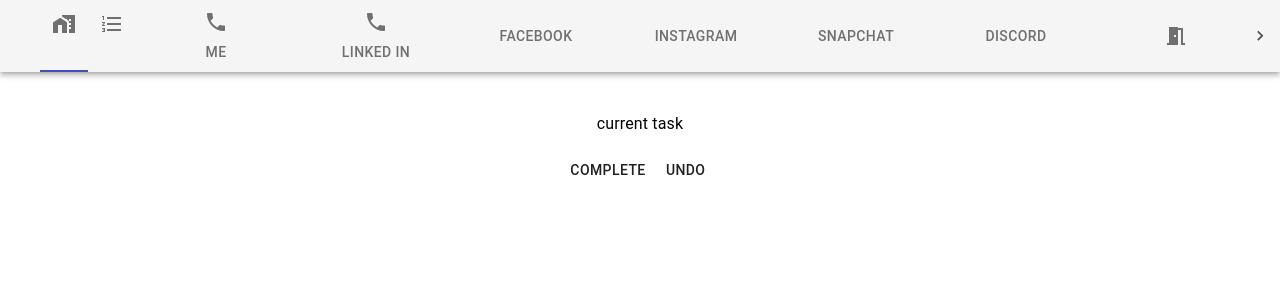
Repository: hossamsulleman1/CONTACTME
Page: / (app in my-app/)
These files come from the project's save history. The page is drawn as it stood at one moment and after the next save; the edit follows.
The browser window is 1280 px wide. The pictures show the whole page.
The project was rebuilt for these pictures with package versions that can differ from the ones it lists, and the page was loaded fresh each time. Also part of the build but not shown: my-app/src/Components/PageProp.jsx, my-app/src/Components/ProfileFolder/FriendsAvatarList.jsx, my-app/src/Components/ProfileFolder/Content.jsx.

Above is the page before, as saved 2020-11-08 11:26:32.

After the next save:
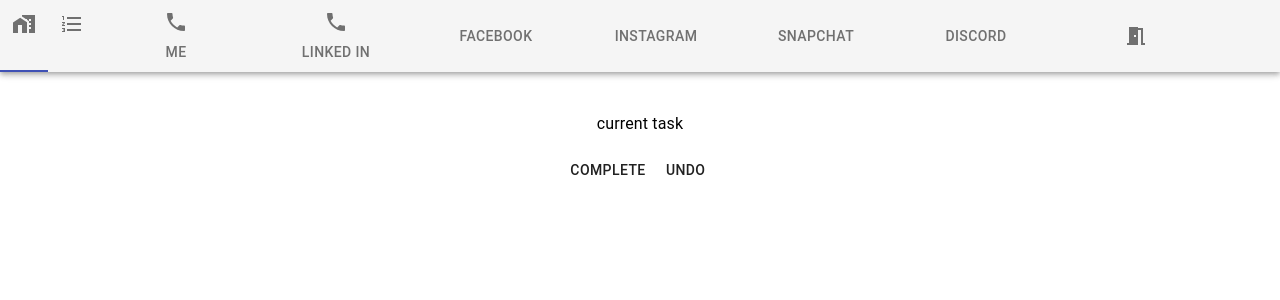
Saved 26 s later.
--- a/my-app/src/Components/IconNav.jsx
+++ b/my-app/src/Components/IconNav.jsx
@@ -114,35 +114,6 @@
           <Tab label="Discord" {...a11yProps(5)} />
           <Tab icon={<MeetingRoomIcon />} {...a11yProps(6)} />
 
-          <div className="flexbox">
-            <div className="floatRight">
-              <IconButton
-                aria-label="delete"
-                href="https://semptiareact.web.app/"
-              >
-                <AssignmentReturnIcon/>
-                {/* GOES TO SEMPTIA TASK TRACKING PAGE  */}
-              </IconButton>
-            </div>
-            <div className="floatRight">
-              <IconButton
-                aria-label="delete"
-                href="https://semptiareact.web.app/"
-              >
-                <AssignmentLateIcon/>
-                {/* GOES TO SEMPTIA TASK TRACKING PAGE  */}
-              </IconButton>
-            </div>
-            <div className="floatRight">
-              <IconButton
-                aria-label="delete"
-                href="https://semptiareact.web.app/"
-              >
-                <AssignmentTurnedInIcon/>
-                {/* GOES TO SEMPTIA TASK TRACKING PAGE  */}
-              </IconButton>
-            </div>
-          </div>
         </Tabs>
       </AppBar>
       <TabPanel value={value} index={0}>

After the save that followed:
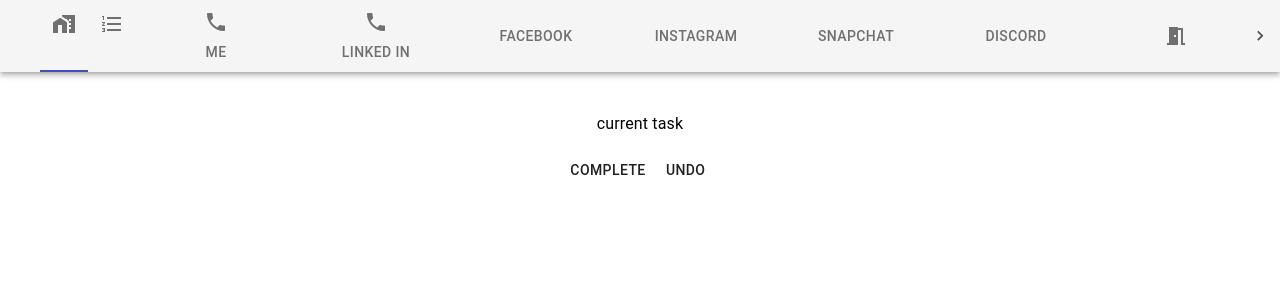
Saved 9 s later.
--- a/my-app/src/Components/IconNav.jsx
+++ b/my-app/src/Components/IconNav.jsx
@@ -114,6 +114,35 @@
           <Tab label="Discord" {...a11yProps(5)} />
           <Tab icon={<MeetingRoomIcon />} {...a11yProps(6)} />
 
+          <div className="flexbox">
+            <div className="floatRight">
+              <IconButton
+                aria-label="delete"
+                href="https://semptiareact.web.app/"
+              >
+                <AssignmentReturnIcon/>
+                {/* GOES TO SEMPTIA TASK TRACKING PAGE  */}
+              </IconButton>
+            </div>
+            <div className="floatRight">
+              <IconButton
+                aria-label="delete"
+                href="https://semptiareact.web.app/"
+              >
+                <AssignmentLateIcon/>
+                {/* GOES TO SEMPTIA TASK TRACKING PAGE  */}
+              </IconButton>
+            </div>
+            <div className="floatRight">
+              <IconButton
+                aria-label="delete"
+                href="https://semptiareact.web.app/"
+              >
+                <AssignmentTurnedInIcon/>
+                {/* GOES TO SEMPTIA TASK TRACKING PAGE  */}
+              </IconButton>
+            </div>
+          </div>
         </Tabs>
       </AppBar>
       <TabPanel value={value} index={0}>
